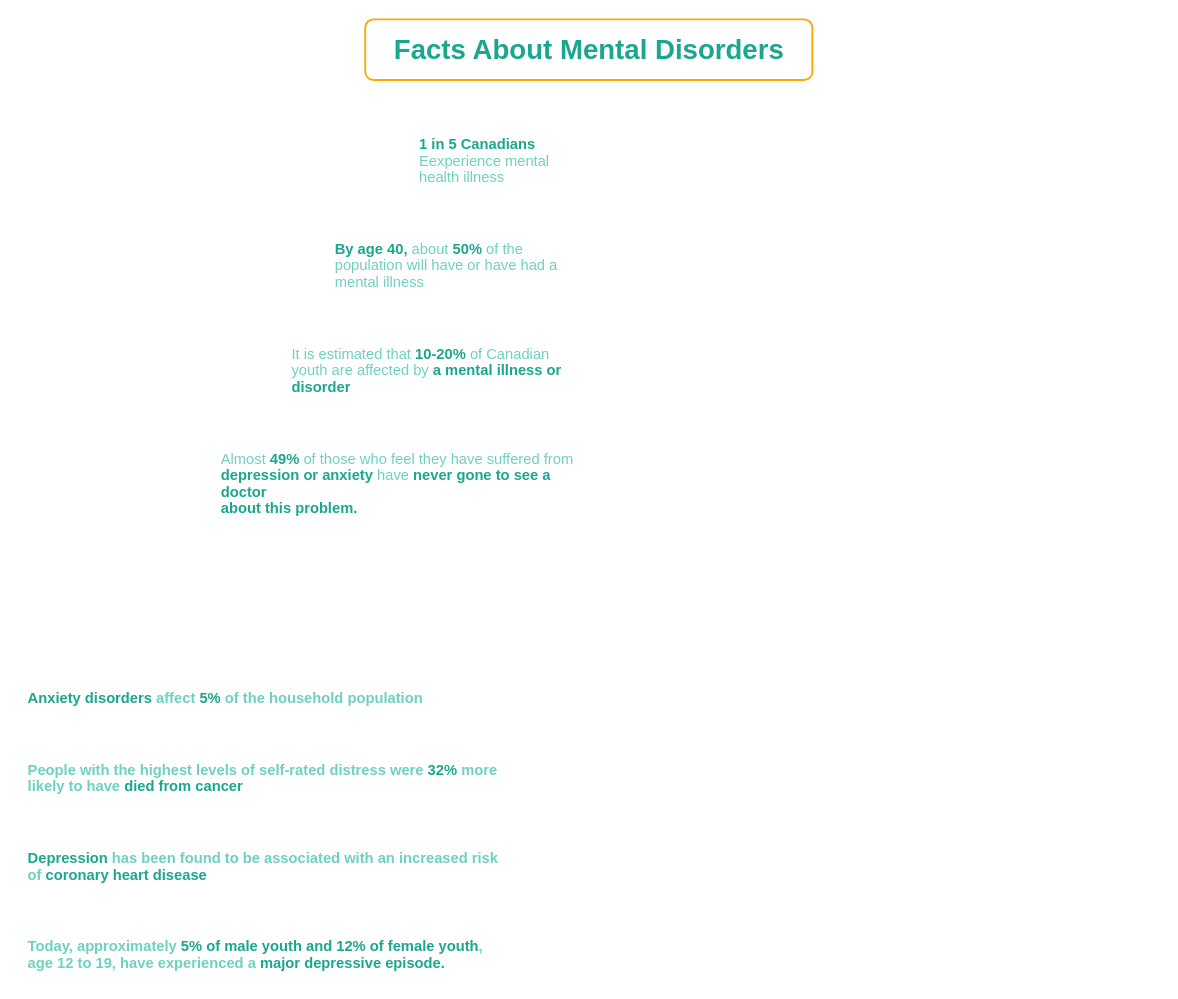
Repository: zzs1/2109-Dynamic-Content-Project
Page: joyce_code/index.html
The author's editor kept a copy of each file at every save. The page is drawn from the files as they stood at one save, then again after a run of saves.
The browser window is 1280 px wide. The pictures show the whole page, at 92% of full size.
Some web fonts or font styles are not loaded; a fallback is used.

Above is the page before, as saved 2021-03-08 20:53:31.
Console error: TypeError: Cannot read properties of null (reading 'innerHTML')

After the next 3 saves:
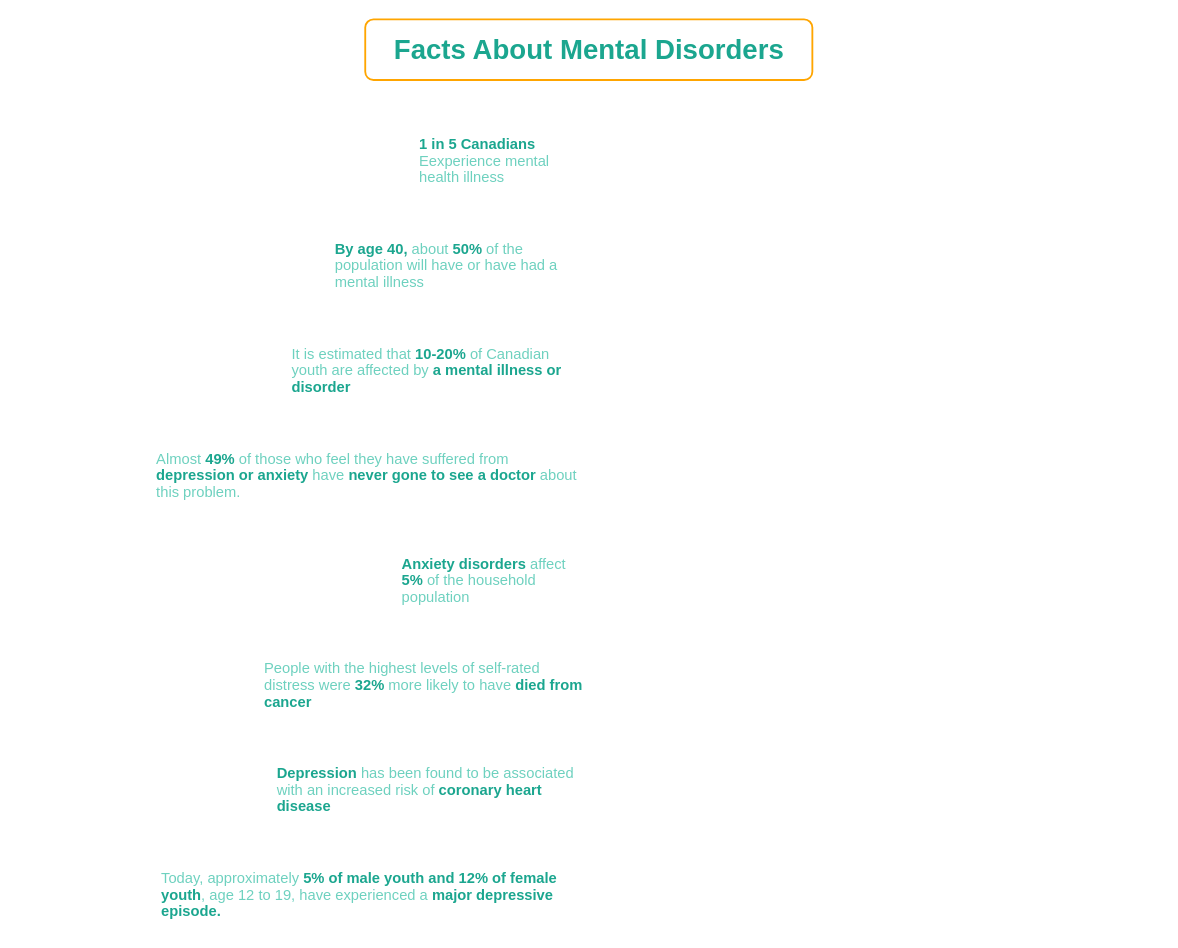
The 3 saves are shown as one change because they came seconds apart.
The last was saved 13 s later.
--- a/joyce_code/index.html
+++ b/joyce_code/index.html
@@ -29,7 +29,7 @@
 
         <div class="boxes"  id="box4">
             <div class="pic"></div>
-            <div class="text">Almost <strong class="keyword">49% </strong>of those who feel they have suffered from<strong class="keyword"> depression or anxiety</strong> have <strong class="keyword">never gone to see a doctor</div> about this problem.  </div>
+            <div class="text">Almost <strong class="keyword">49% </strong>of those who feel they have suffered from<strong class="keyword"> depression or anxiety</strong> have <strong class="keyword">never gone to see a doctor</strong> about this problem.</div>
         </div>
 
         <div class="boxes"  id="box5">
